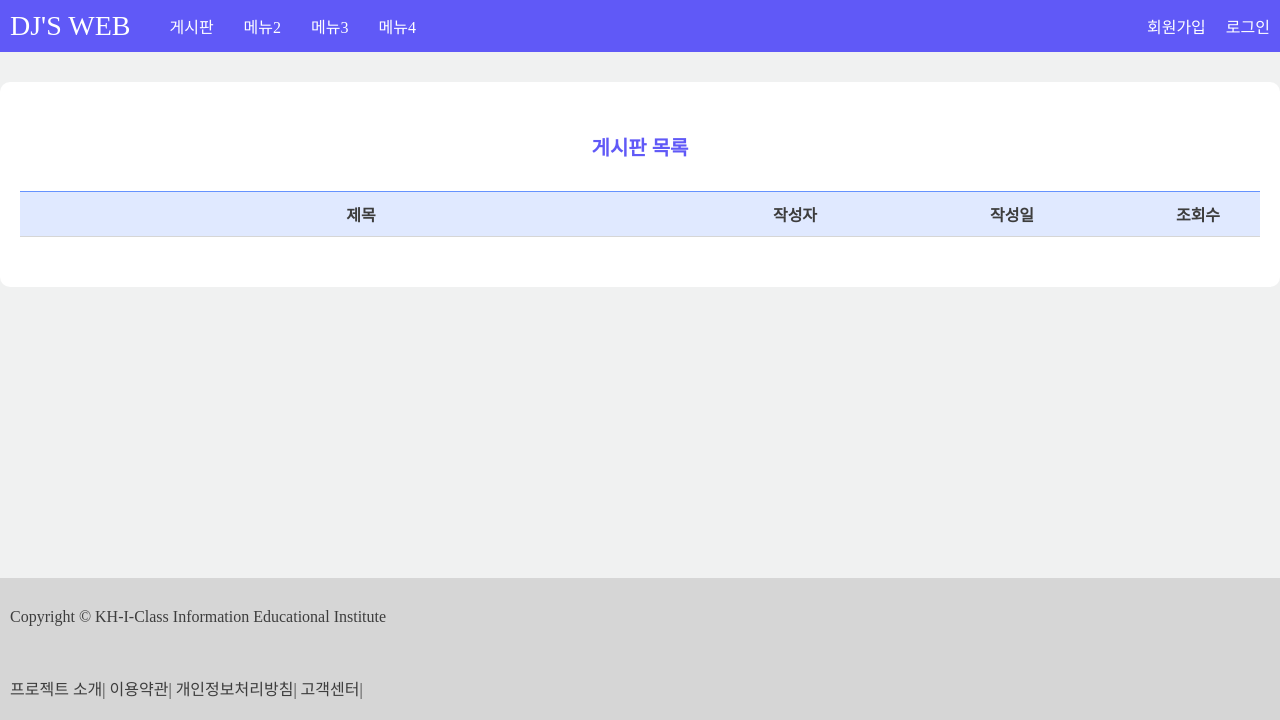
Repository: Godzilla-Man/codingStudy
Page: http://localhost/server_06_notice/WEB-INF/views/notice/list.jsp
These files come from the project's save history. The page is drawn as it stood at one moment and after a run of saves; the edit follows.
The browser window is 1280 px wide. The pictures show the whole page.
Some web fonts or font styles are not loaded; a fallback is used. The page is served by Tomcat 9. Nobody is signed in. Other server files are loaded and not shown. The template is opened directly, without the code that normally fills it, so the values that code supplies are empty.

Above is the page before, as saved 2025-05-09 02:06:33.

### server_06_notice/src/main/webapp/WEB-INF/views/notice/list.jsp
<%@ page language="java" contentType="text/html; charset=UTF-8"
    pageEncoding="UTF-8"%>
<%@ taglib uri="http://java.sun.com/jsp/jstl/core" prefix="c" %>
<!DOCTYPE html>
<html>
<head>
<meta charset="UTF-8">
<title>게시글 목록</title>

<style>
	#pageNavi {
		margin-top : 30px;
	}
	.list-header {
		padding : 15px 0px;
		text-align : right;
	}
</style>

</head>
<body>
	<div class="wrap">
		<jsp:include page="/WEB-INF/views/common/header.jsp"></jsp:include>
		<main class="content">
			<section class="section notice-list-wrap">
				<div class="page-title">게시판 목록</div>

				<c:if test="${not empty loginMember}">
					<div class="list-header">
						<a class="btn-point write-btn" href="/notice/writeFrm">작성하기(일반)</a>
					</div>
				</c:if>

				<div class="list-content">
					<table class="tbl tbl-hover">
						<tr>
							<th style="width:55%;">제목</th>
							<th style="width:15%;">작성자</th>
							<th style="width:20%;">작성일</th>
							<th style="width:10%;">조회수</th>
						</tr>
						<c:forEach var="notice" items="${noticeList}">
						<tr>
							<td>${notice.noticeTitle}</td>
							<td>${notice.noticeWriter}</td>
							<td>${notice.noticeDate}</td>
							<td>${notice.readCount}</td>
						</tr>
						</c:forEach>
					</table>
				</div>
				<div id="pageNavi">${pageNavi}</div>
			</section>
		</main>
		<jsp:include page="/WEB-INF/views/common/footer.jsp"></jsp:include>
	</div>
</body>
</html>

### server_06_notice/src/main/webapp/WEB-INF/views/common/header.jsp
<%@ page language="java" contentType="text/html; charset=UTF-8"
    pageEncoding="UTF-8"%>
<%@ taglib uri="http://java.sun.com/jsp/jstl/core" prefix="c" %>
<link rel="stylesheet" href="/resources/css/default.css">
<link href="https://fonts.googleapis.com/icon?family=Material+Icons" rel="stylesheet">
<script src="https://code.jquery.com/jquery-3.7.1.min.js"></script>
<script src="/resources/js/sweetalert.min.js"></script>

<header class="header">
	<div>
		<div class="logo">
			<a href="/">DJ'S WEB</a>
		</div>
		<nav class="nav">
			<ul>
				<li>
					<a href="/notice/getList?reqPage=1">게시판</a>
				</li>
				<li>
					<a href="#">메뉴2</a>
				</li>
				<li>
					<a href="#">메뉴3</a>
				</li>
				<li>
					<a href="#">메뉴4</a>
				</li>
			</ul>
		</nav>
		<ul class="user-menu">
			<%-- 세션에 로그인 회원 정보 등록 여부에 따라 다른 메뉴 출력 --%>
			<c:choose>
				<c:when test="${empty sessionScope.loginMember}">
					<li>
						<a href="/member/joinFrm">회원가입</a>
					</li>
					<li>
						<a href="/member/loginFrm">로그인</a>
					</li>
				</c:when>
				<c:otherwise>
					<li>
						<a href="/member/myPage">마이페이지</a>
					</li>
					<li>
						<a href="/member/logout">로그아웃</a>
					</li>
				</c:otherwise>
			</c:choose>
		</ul>
	</div>
</header>

### server_06_notice/src/main/webapp/WEB-INF/views/common/footer.jsp
<%@ page language="java" contentType="text/html; charset=UTF-8"
    pageEncoding="UTF-8"%>
<footer class="footer">
	<div>
		<p>Copyright &copy; KH-I-Class Information Educational Institute</p>
	</div>
	<div>
		<a href="#">프로젝트 소개</a><span>|</span>
		<a href="#">이용약관</a><span>|</span>
		<a href="#">개인정보처리방침</a><span>|</span>
		<a href="#">고객센터</a><span>|</span>
	</div>
</footer>

### server_06_notice/src/main/webapp/resources/css/default.css


:root {
  /*main color*/
  --main1: #3d3d3d;
  --main2: #6059f7;
  --main3: #6592fe;
  --main4: #36c3fe;
  --main5: #8c61ff;
  /*box-bg*/
  --box-bg: #f0f1f1;
  /*gray*/
  --gray1: #222222;
  --gray2: #555555;
  --gray3: #717171;
  --gray4: #8f8f8f;
  --gray5: #b7b7b7;
  --gray6: #d6d6d6;
  --gray7: #efefef;
  --gray8: #ffffff;

  /*line-color*/
  --line1: #222222;
  --line2: #d6d6d6;
  --line3: #eaeced;
  --line4: #f6f6f6;
  --line5: #f8f9fa;
}
@font-face {
  font-family: ns-l;
  src: url(/resources/resources/font/NotoSansKR-Light.ttf);
}
@font-face {
  font-family: ns-r;
  src: url(/resources/font/NotoSansKR-Regular.ttf);
}
@font-face {
  font-family: ns-b;
  src: url(/resources/font/NotoSansKR-Bold.ttf);
}
@font-face {
  font-family: ns-black;
  src: url(/resources/font/NotoSansKR-Black.ttf);
}
* {
  margin: 0;
  padding: 0;
  outline: 20;
  font-family: ns-r;
  list-style-type: none;
  color : var(--main1);
}
a {
  text-decoration: none;
}
.wrap {
  min-height: 100vh;
  display: flex;
  flex-direction: column;
  min-width: 800px;
  position: relative;
  background-color: var(--box-bg);
}

.header {
  background-color: var(--main2);
  width: 100%;
  position: sticky;
  top: 0;
  z-index:1;
}
.header > div {
  padding: 10px;
  max-width: 1400px;
  margin: 0 auto;
  display: flex;
  align-items: center;
}
.header a {
  color: var(--gray8);
}
.logo {
  margin-right: 24px;
}
.logo > a {
  font-family: ns-black;
  font-size: 28px;
}
.nav {
  flex: 1;

}
.nav > ul {
  display: flex;
  align-items: center;
}
.nav > ul > li {
  margin: 0px 15px;
  position: relative;

}
.nav a,
.user-menu a {
  transition-duration: 0.3s;
}

.nav a:hover,
.user-menu a:hover {
  color: var(--gray1);
}

.nav .sub-menu {
  display: none;
  position: absolute;
  width: 130px;
  background-color: #fff;
  border: 1px solid var(--main2);
  border-radius: 5px;
  left: 10px;
  z-index: 1;
}

.sub-menu > li > a {
  color: var(--main2);
  padding: 10px;
  display: block;
}
.nav > ul > li:hover > .sub-menu {
  display: block;
}
.sub-menu > li > a:hover {
  background-color: var(--main2);
  color: var(--gray8);
}
.user-menu {
  display: flex;
}
.user-menu > li {
  margin-left: 20px;
}

.content {
  width: 100%;
  max-width: 1400px;
  margin: 30px auto;
  flex: 1;

}
.page-title {
  font-weight : bold;
  padding: 30px;
  text-align: center;
  font-family: ns-b;
  font-size: 20px;
  color: var(--main2);
}
.footer {
  background-color: var(--gray6);
}
.footer > div {
  max-width: 1400px;
  padding: 20px 10px;
  margin: 0 auto;
}
.footer > div > p {
  margin: 10px 0px;
  font-family: ns-b;
  font-size: 16px;
}

section.section {
  padding: 20px;
  border-radius: 10px;
  background-color: var(--gray8);
}
section.section.bg-section {
  background-color: var(--box-bg);
}

[class^="btn-"] {
  cursor: pointer;
  font-size: 14px;
  padding: 9px 20px;
  border: none;
  border-radius: 5px;
  font-family: ns-b;
}
.btn-primary {
  border: 1px solid var(--main3);
  background-color: var(--main3);
  color: var(--gray8);
}
.btn-primary:hover {
  background-color: rgba(101, 146, 254, 0.9);
}
.btn-secondary {
  border: 1px solid var(--gray4);
  background-color: var(--gray4);
  color: var(--gray8);
}
.btn-secondary:hover {
  background-color: rgba(143, 143, 143, 0.9);
}
.btn-point {
  border: 1px solid var(--main5);
  background-color: var(--main5);
  color: var(--gray8);
}
.btn-point:hover {
  background-color: rgba(140, 97, 255, 0.9);
}
.btn-primary.outline {
  color: var(--main3);
  background-color: var(--gray8);
}
.btn-primary.outline:hover {
  background-color: rgba(101, 146, 254, 0.2);
}
.btn-secondary.outline {
  color: var(--gray4);
  background-color: var(--gray8);
}
.btn-secondary.outline:hover {
  background-color: rgba(143, 143, 143, 0.2);
}
.btn-point.outline {
  color: var(--main5);
  background-color: var(--gray8);
}
.btn-point.outline:hover {
  background-color: rgba(140, 97, 255, 0.2);
}
[class^="btn-"].sm {
  padding: 5px 10px;
  font-family: ns-r;
  font-size: 12px;
}
[class^="btn-"].md {
  padding: 7px 15px;
  font-size: 14px;
  border-radius: 20px;
}
[class^="btn-"].lg {
  padding: 12px 25px;
  font-size: 16px;
  border-radius: 25px;
}

.tbl {
  border-top: 1px solid var(--main3);
  width: 100%;
  border-spacing: 0;
}
.tbl th,
.tbl td {
  text-align: center;
  border-bottom: 1px solid var(--line2);
  padding: 10px 20px;
}
.tbl th.left,
.tbl td.left {
  text-align: left;
}
.tbl th {
  background-color: rgba(101, 146, 254, 0.2);
}
.tbl.tbl-hover tbody > tr:hover {
  cursor: pointer;
  background-color: rgba(101, 146, 254, 0.1);
}
.input-wrap {
  display: flex;
  flex-direction: column;
}
.input-wrap > .input-title {
  margin-bottom: 10px;
  font-size: 16px;
  font-weight: bold;
  line-height: 1.5;
}
.input-item {
  display: flex;
  gap: 10px;
}
.input-item > input {
  flex: 1;
  font-size: 16px;
  line-height: 1.5;
  border: none;
  border-bottom: 1px solid var(--gray5);
  padding: 8px 0px;
}
.input-item + .input-msg {
  position: relative;
  margin-top: 8px;
  padding-left: 24px;
  color: var(--gray3);
  font-size: 14px;
  line-height: 1.5;
}
.input-item + .input-msg::before {
  content: "";
  display: block;
  position: absolute;
  left: 0;
  top: 0;
  bottom: 0;
  width: 20px;
  background: url(/resources/images/icon_info.svg) no-repeat center / contain;
}
.input-item + .input-msg.valid {
  color: #1065dc;
}
.input-item + .input-msg.valid::before {
  background: url(/resources/images/icon_info_success.svg) no-repeat center / contain;
}
.input-item + .input-msg.invalid {
  color: #ff3d00;
}
.input-item + .input-msg.invalid::before {
  background: url(/resources/images/icon_info_warning.svg) no-repeat center / contain;
}

.input-item > textarea {
  width: 100%;
  height: 156px;
  padding: 15px;
  resize: none;
  font-size: 16px;
  line-height: 24px;
  border: 1px solid var(--line2);
}

.input-wrap > input[type="checkbox"] {
  display: none;
}
.input-wrap > input[type="checkbox"] + label {
  position: relative;
  display: block;
  flex-grow: 1;
  padding: 8px 0 8px 30px;
  cursor: pointer;
}
.input-wrap > input[type="checkbox"] + label::before {
  content: "";
  display: block;
  position: absolute;
  left: 0;
  top: 8px;
  width: 24px;
  height: 24px;
  color: var(--main3);
  border-radius: 50%;
  background: url(/resources/images/icon_check.png) no-repeat center / 20px;
}
.input-wrap > input[type="checkbox"]:checked + label::before {
  background: url(/resources/images/icon_check_active.png) no-repeat center / 20px;
}

.input-wrap > input[type="radio"] {
  display: none;
}
.input-wrap > input[type="radio"] + label {
  position: relative;
  display: block;
  flex-grow: 1;
  padding: 8px 0 8px 30px;
  cursor: pointer;
}
.input-wrap > input[type="radio"] + label::before {
  content: "";
  display: block;
  position: absolute;
  left: 0;
  top: 8px;
  width: 24px;
  height: 24px;
  color: var(--main3);
  border-radius: 50%;
  background: url(/resources/images/icon_check.png) no-repeat center / 20px;
}
.input-wrap > input[type="radio"]:checked + label::before {
  background: url(/resources/images/icon_check_active.png) no-repeat center / 20px;
}
.select {
  flex: 1;
  position: relative;
  border: 1px solid var(--line2);
  border-radius: 5px;
  background: #fff url(/resources/images/icon_arrow_down.svg) no-repeat right 12px center / 12px;
  overflow: hidden;
}
.select > select {
  width: 100%;
  padding: 8px 12px;
  font-size: 16px;
  line-height: 1.5;
  cursor: pointer;
  appearance: none;
  background-color: transparent;
  border: 0;
}
.modal-bg {
  background-color: rgba(0, 0, 0, 0.4);
  position: fixed;
  width: 100vw;
  height: 100vh;
  top: 0;
  left: 0;
  display: none;
  justify-content: center;
  align-items: center;
}
.modal-bg.open {
  display: flex;
}
.modal-container {
  background-color: var(--gray8);
  padding: 40px 20px;
  width: 500px;
  display: flex;
  flex-direction: column;
  border-radius: 10px;
  gap: 20px;
  box-sizing: border-box;
  position: relative;
}
.modal-title {
  font-size: 20px;
  font-family: ns-b;
  line-height: 30px;
  text-align: center;
}
.modal-main {
  flex: 1;
  overflow-y: auto;
  padding: 0px 30px;
}
.modal-content {
  max-height: 200px;
}
.modal-btn-area {
  display: flex;
  gap: 13px;
  justify-content: center;
}
.modal-close-btn {
  position: absolute;
  top: 20px;
  right: 20px;
  font-size: 30px;
  cursor: pointer;
}

.posting-wrap{
	overflow: hidden;
	padding: 10px;
}
.posting-wrap>.posting-item{
	box-sizing: border-box;
	width : 335px;
	float: left;
	padding : 30px

}
.posting-item>a{
	display : block;
}
.posting-item:hover{
	box-shadow: 0 2px 10px 0 rgba(0, 0, 0, 0.2);
}
.posting-img{
	height: 200px;
}
.posting-img>img{
	width:100%;
	height:100%;
	object-fit:contain;
}
.posting-info{
	margin: 10px auto;
	width: 75%
}
.posting-title{
	font-size : 18px;
	font-family : ns-b;
	white-space: nowrap;
	overflow: hidden;
	text-overflow: ellipsis;
}

.pagination {
  list-style-type: none;
  display: flex;
  justify-content: center;
  align-items: center;
}
.posting-sub-info{
	margin : 10px 0px;
	display: flex;
	justify-content: space-between;
}
.posting-sub-info>span{
	font-size: 14px;
	font-family: ns-b;
}

.pagination > li {
  width: 40px;
  height: 40px;
  text-align: center;
  line-height: 40px;
  overflow: hidden;
}
.pagination.circle-style > li {
  border-radius: 50%;
}
.pagination > li > a.page-item {
  display: block;
  width: 100%;
  height: 100%;
  font-size: 18px;
}
.pagination > li > a.page-item > span.material-icons {
  display: block;
  width: 100%;
  height: 100%;
  line-height: 40px;
}
.pagination .page-item.active-page {
  background-color: var(--main2);
  color: #fff;
}

Loaded but not shown: server_06_notice/src/main/webapp/resources/js/sweetalert.min.js (library)

After the next 2 saves:
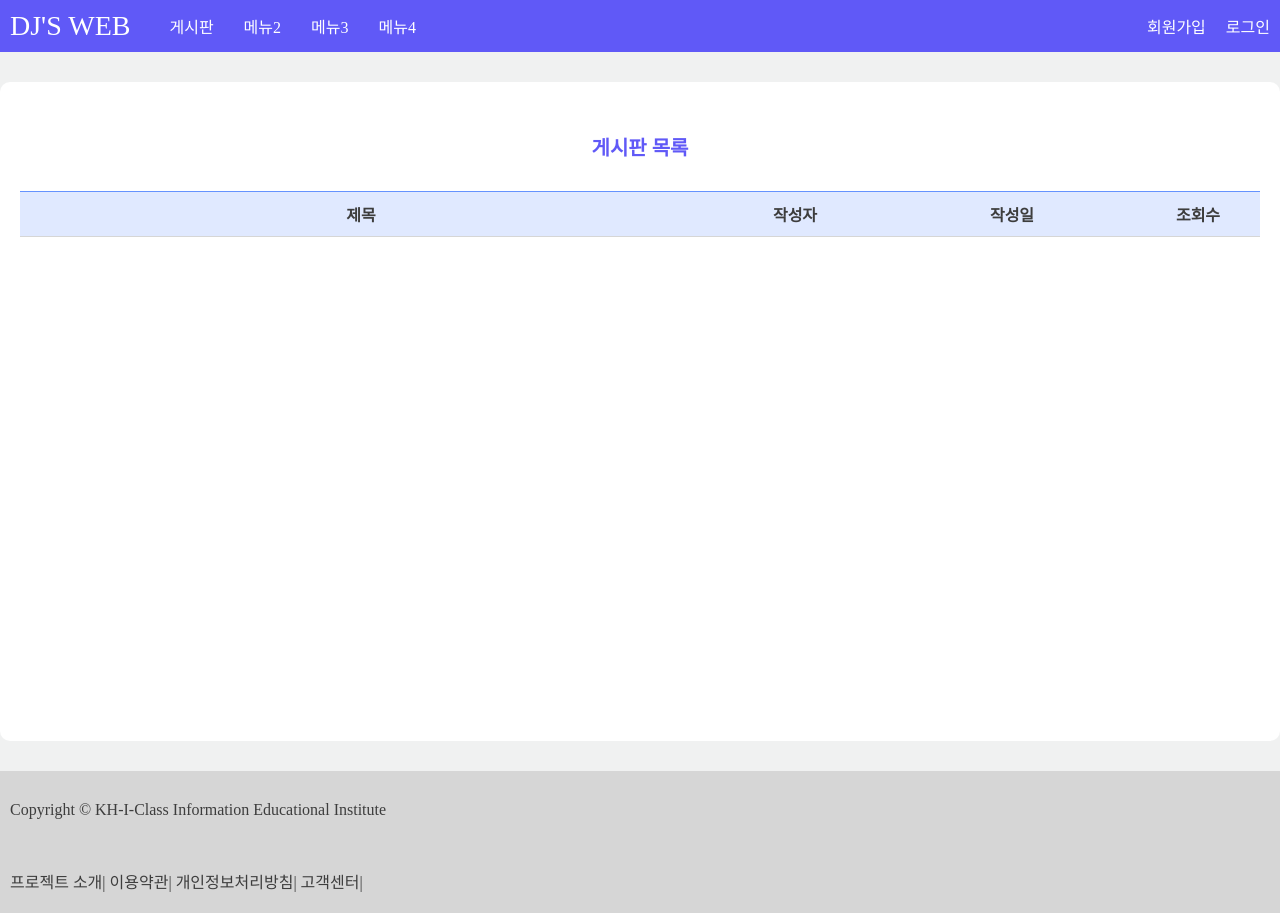
The 2 saves are shown as one change because they came seconds apart.
The last was saved 67 s later.
--- a/server_06_notice/src/main/webapp/WEB-INF/views/notice/list.jsp
+++ b/server_06_notice/src/main/webapp/WEB-INF/views/notice/list.jsp
@@ -10,6 +10,9 @@
 <style>
 	#pageNavi {
 		margin-top : 30px;
+	}
+	.list-content {
+		height : 500px;
 	}
 	.list-header {
 		padding : 15px 0px;
